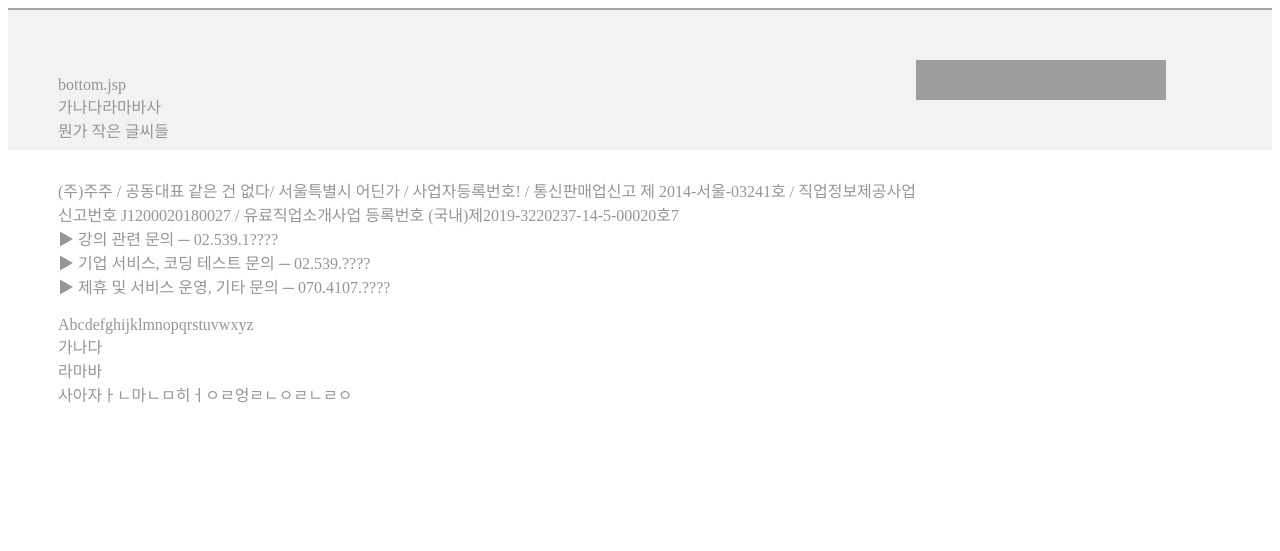
Repository: seo0tak/UBI-Study
Page: http://localhost/UBIstudy/WEB-INF/ubi/bottom.jsp
An editor plug-in stored every save of this project. The page is shown before and after the next save, followed by the edit.
The browser window is 1280 px wide. The pictures show the whole page.
Pictures or frames that could not be fetched are drawn as grey boxes. The page is served by Tomcat 9. Nobody is signed in. Other server files are loaded and not shown. The template is opened directly, without the code that normally fills it, so the values that code supplies are empty.

Above is the page before, as saved 2019-09-07 05:34:25.

### UBIstudy/src/main/webapp/WEB-INF/ubi/bottom.jsp
<%@ page language="java" contentType="text/html; charset=UTF-8"
    pageEncoding="UTF-8"%>
<!DOCTYPE html PUBLIC "-//W3C//DTD HTML 4.01 Transitional//EN" "http://www.w3.org/TR/html4/loose.dtd">
<html>
<head>
<meta http-equiv="Content-Type" content="text/html; charset=UTF-8">
<title>Insert title here</title>
</head>
<body>
<div id="bottom" style="background-color: rgb(242,242,242);padding: 50px;border-top:2px solid rgb(166,166,166);color: rgb(150,150,150);">
<p style="float: left;">
bottom.jsp<br>
가나다라마바사<br>
뭔가 작은 글씨들<br>
<br>
<br>
(주)주주 / 공동대표 같은 건 없다/ 서울특별시 어딘가 / 사업자등록번호! / 통신판매업신고 제 2014-서울-03241호 / 직업정보제공사업<br>
신고번호 J1200020180027 / 유료직업소개사업 등록번호 (국내)제2019-3220237-14-5-00020호7<br>
▶ 강의 관련 문의 ─ 02.539.1????<br>
▶ 기업 서비스, 코딩 테스트 문의 ─ 02.539.????<br>
▶ 제휴 및 서비스 운영, 기타 문의 ─ 070.4107.????<br>
<br>
Abcdefghijklmnopqrstuvwxyz<br>
가나다<br>
라마바<br>
사아자ㅏㄴ마ㄴㅁ히ㅓㅇㄹ엉ㄹㄴㅇㄹㄴㄹㅇ<br>
</p>
<img src="<%=request.getContextPath()%>/resources/images/logo3.png" width="250px" height="40px">
</div>
</body>
</html>

After the next save:
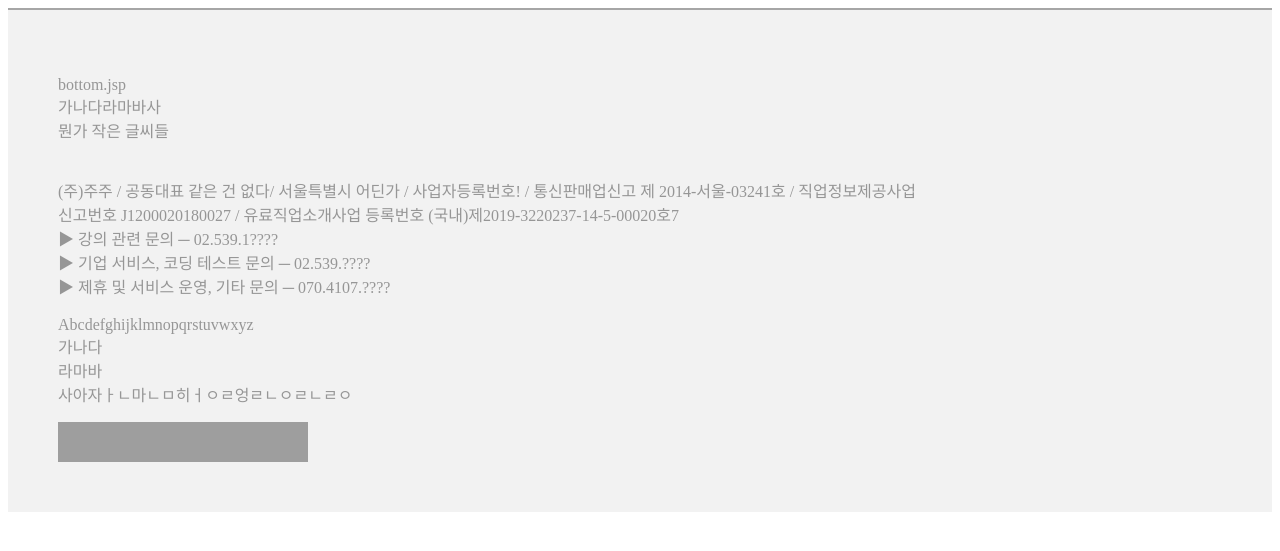
Saved 11 s later.
--- a/UBIstudy/src/main/webapp/WEB-INF/ubi/bottom.jsp
+++ b/UBIstudy/src/main/webapp/WEB-INF/ubi/bottom.jsp
@@ -8,7 +8,7 @@
 </head>
 <body>
 <div id="bottom" style="background-color: rgb(242,242,242);padding: 50px;border-top:2px solid rgb(166,166,166);color: rgb(150,150,150);">
-<p style="float: left;">
+<p>
 bottom.jsp<br>
 가나다라마바사<br>
 뭔가 작은 글씨들<br>
